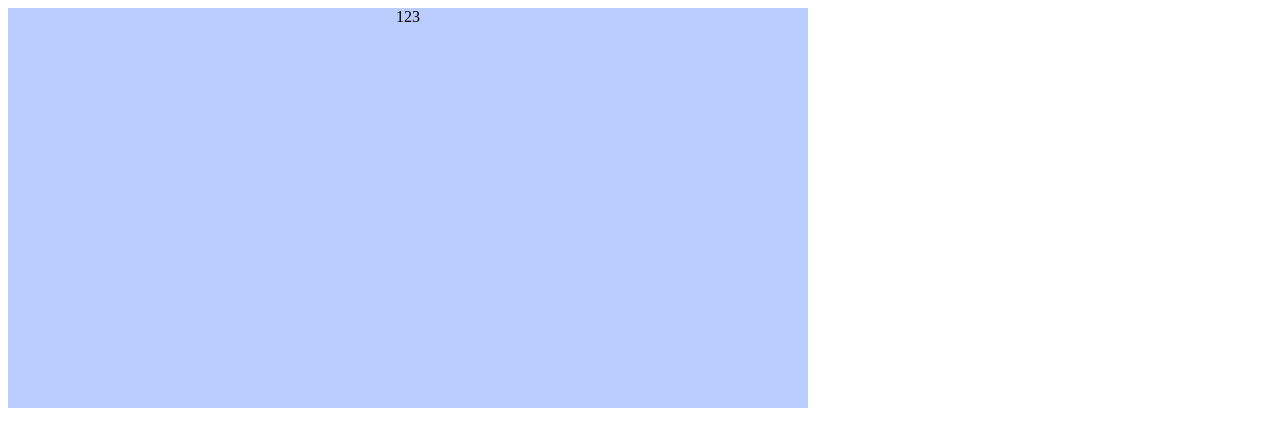
Repository: liutian97/learn1
Page: 移动端web开发/代码/2. Flex 伸缩布局/06-flex设置侧轴上的子元素排列方式.html
These files come from the project's save history. The page is drawn as it stood at one moment and after the next save; the edit follows.
The browser window is 1280 px wide. The pictures show the whole page.

Above is the page before, as saved 2022-07-02 17:01:03.

After the next save:
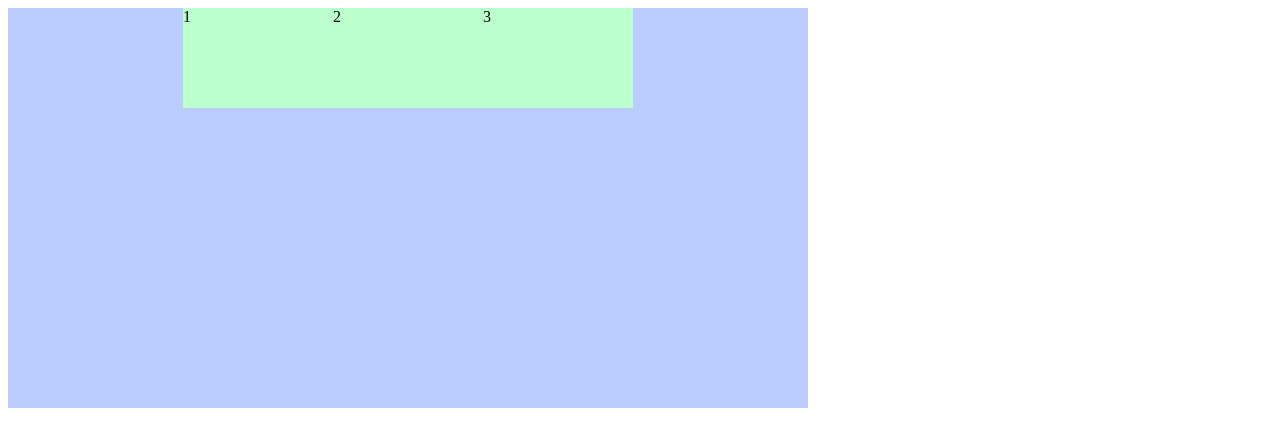
Saved 12 s later.
--- a/移动端web开发/代码/2. Flex 伸缩布局/06-flex设置侧轴上的子元素排列方式.html
+++ b/移动端web开发/代码/2. Flex 伸缩布局/06-flex设置侧轴上的子元素排列方式.html
@@ -16,6 +16,12 @@
       flex-direction: row;
       /* (2) justify-content: 设置主轴上子元素的排列方式 */
       justify-content: center;
+    }
+     div span {
+      width: 150px;
+      height: 100px;
+      background-color: #bfc;
+
     }
   </style>
 </head>
